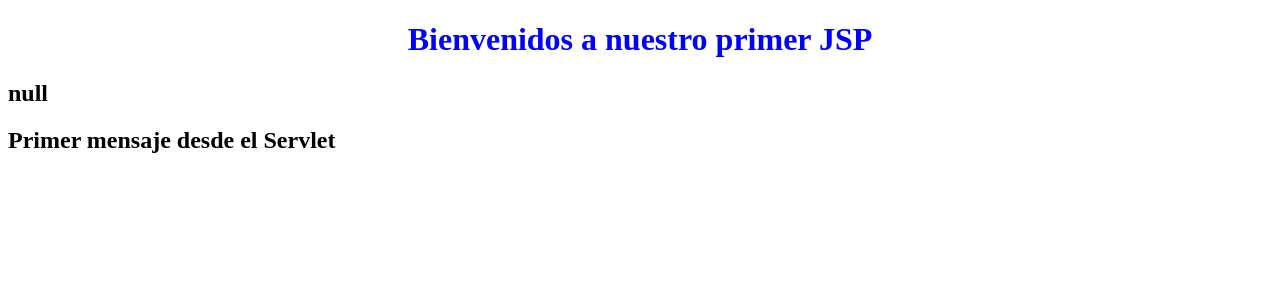
Repository: Pablosky971/Ejercicio-4.-Proyecto-Web
Page: http://localhost/01_Web/FormularioJSPServlet
An editor plug-in stored every save of this project. The page is shown before and after a run of saves, followed by the edit.
The browser window is 1280 px wide. The pictures show the whole page.
The page is served by Tomcat 9. Other server files are loaded and not shown.

Above is the page before, as saved 2022-03-10 11:25:40.

### 01_Web/src/main/webapp/resultadoFormulario2.jsp
<%@ page language="java" contentType="text/html; charset=ISO-8859-1"
    pageEncoding="ISO-8859-1"%>
<!DOCTYPE html>
<!-- Un JSP es un SERVLET -->
<html>
<head>
<meta charset="UTF-8">
<title>Insert title here</title>
<link rel="stylesheet" href="css/estilos.css">
</head>
<body>
	<h1>Bienvenidos a nuestro primer JSP</h1>
	<!-- Scriptlets  (Esta manera no es recomendable)-->
	<%
		String nombre = request.getParameter("nombre");
		String mensaje = (String) request.getAttribute("m1");
	%>

	<h2><%=nombre %></h2>
	<h2><%=mensaje %></h2>

	</hr>

	<!-- Mejor hacerlo de la siguinete manera -->
	<h2></h2>
</body>
</html>

### 01_Web/src/main/java/servlets/FormularioJSPServlet.java
package servlets;

import java.io.IOException;

import javax.servlet.RequestDispatcher;
import javax.servlet.ServletException;
import javax.servlet.annotation.WebServlet;
import javax.servlet.http.HttpServlet;
import javax.servlet.http.HttpServletRequest;
import javax.servlet.http.HttpServletResponse;

import modelo.entidad.Persona;


@WebServlet("/FormularioJSPServlet")
public class FormularioJSPServlet extends HttpServlet {
	private static final long serialVersionUID = 1L;


	protected void doGet(HttpServletRequest request, HttpServletResponse response) throws ServletException, IOException {
		String nombre = request.getParameter("nombre"); // igual que el name del formulario
		String apellido = request.getParameter("apellido");
		String sPeso = request.getParameter("peso"); // Siempre son Strings

		int iPeso = 0;
		if(sPeso != null && !sPeso.equals("")) {
			iPeso = Integer.parseInt(sPeso); // Parseamos para que sea un int.
		}

		Persona p = new Persona();
		p.setNombre(nombre);
		p.setApellido(apellido);
		p.setPeso(iPeso);

		String mensaje = "Primer mensaje desde el Servlet";

		// Podemos decir al servlet donde queremos ir para mostrar la información
		RequestDispatcher rd = request.getRequestDispatcher("resultadoFormulario2.jsp");
		request.setAttribute("m1", mensaje);
		request.setAttribute("num", 5);
		request.setAttribute("p1", p);

		// Ejecutamos acción de ir
		rd.forward(request, response);
	}
	protected void doPost(HttpServletRequest request, HttpServletResponse response) throws ServletException, IOException {

		doGet(request, response);
	}

}

### 01_Web/src/main/java/modelo/entidad/Persona.java
package modelo.entidad;

public class Persona {

	private String nombre;
	private String apellido;
	private int peso;









	public Persona() {
		super();
	}


	public String getNombre() {
		return nombre;
	}
	public void setNombre(String nombre) {
		this.nombre = nombre;
	}
	public String getApellido() {
		return apellido;
	}


	public void setApellido(String apellido) {
		this.apellido = apellido;
	}


	public int getPeso() {
		return peso;
	}


	public void setPeso(int peso) {
		this.peso = peso;
}

	@Override
	public String toString() {
		return "Persona [nombre=" + nombre + ", apellido=" + apellido + ", peso=" + peso + "]";
	}
	}

### 01_Web/src/main/webapp/css/estilos.css
h1 {
	color: blue;
	text-align: center;
}

After the next 4 saves:
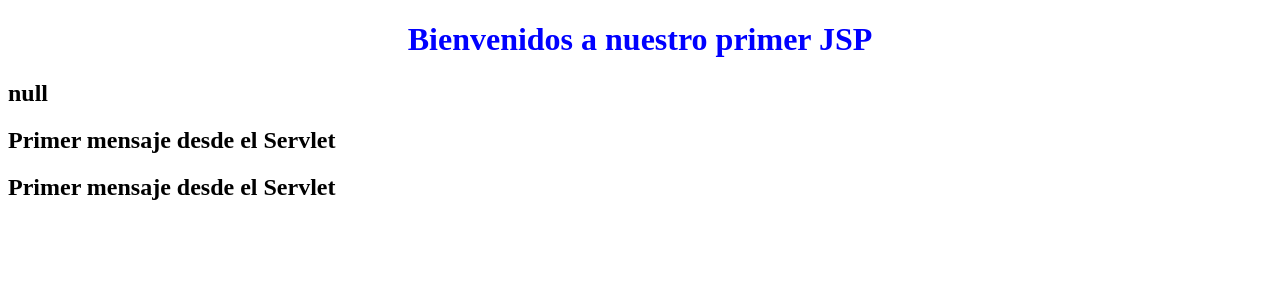
The 4 saves are shown as one change because 1 did not build or start and some came seconds apart.
The last was saved 13 s later.
--- a/01_Web/src/main/webapp/resultadoFormulario2.jsp
+++ b/01_Web/src/main/webapp/resultadoFormulario2.jsp
@@ -22,6 +22,6 @@
 	</hr>
 
 	<!-- Mejor hacerlo de la siguinete manera -->
-	<h2></h2>
+	<h2>${m1}</h2>
 </body>
 </html>
